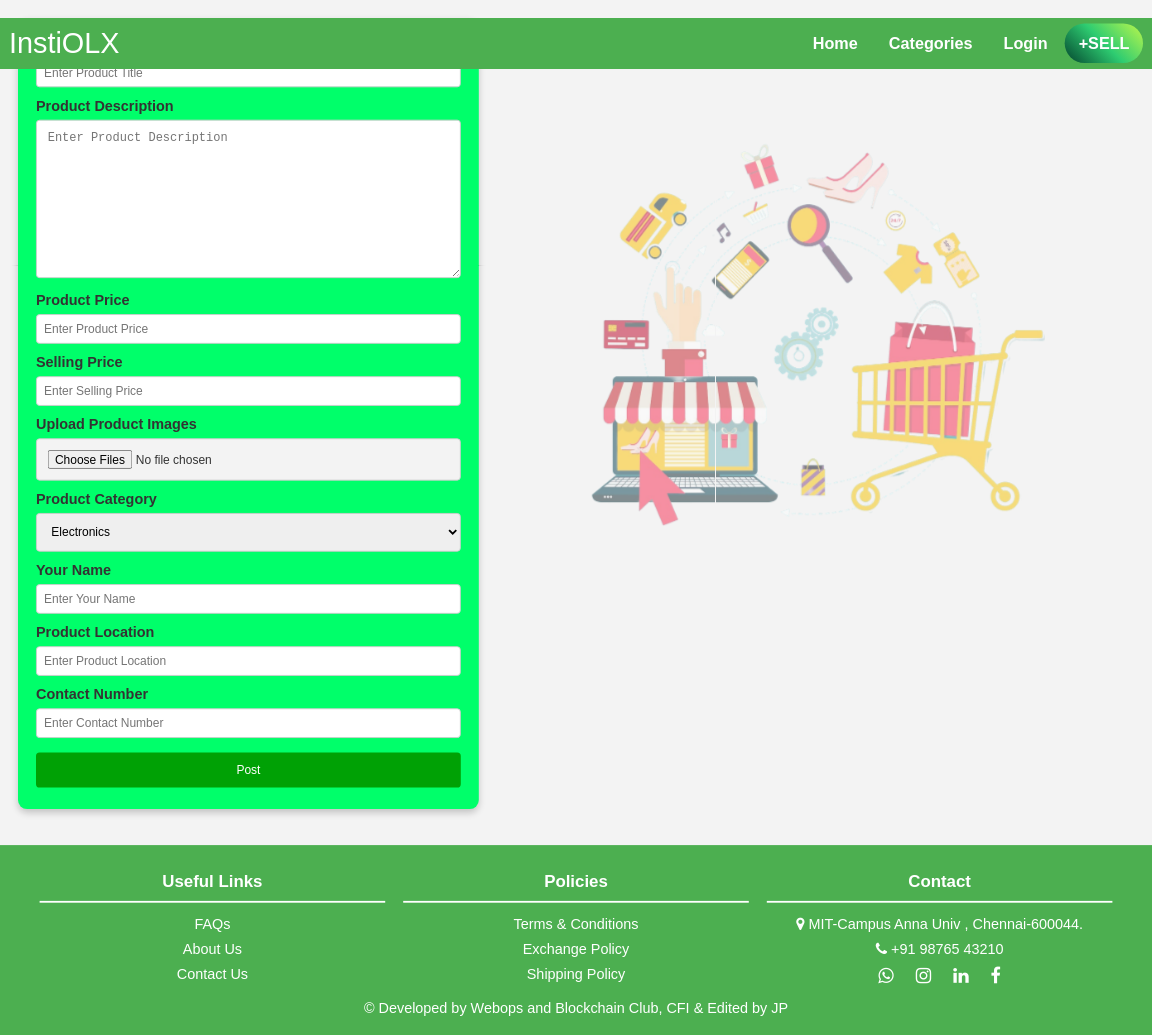
Repository: John-Prabu-A/web-dev-summer-school
Page: Session_1_Assignment/sell.html
These files come from the project's save history. The page is drawn as it stood at one moment and after the next save; the edit follows.
The browser window is 1280 px wide. The pictures show the whole page, at 90% of full size.

Above is the page before, as saved 2024-06-20 16:16:37.

### Session_1_Assignment/sell.html
<!DOCTYPE html>
<html lang="en">

<head>
    <meta charset="UTF-8">
    <meta name="viewport" content="width=device-width, initial-scale=1.0">
    <title>InstiOLX</title>
    <link rel="stylesheet" href="Styles.css">
    <link rel="stylesheet" href="https://cdnjs.cloudflare.com/ajax/libs/font-awesome/4.7.0/css/font-awesome.min.css">
    <link rel="stylesheet" href="sell-page.css">
</head>

<body>
    <header>
        <div id="logo">InstiOLX</div>
        <div class="navbar">
          <a href="/Session_1_Assignment/index.html">Home</a>
          <a href="#">Categories</a>
          <a href="#">Login</a>
          <a href="/Session_1_Assignment/sell.html" style="background:linear-gradient(45deg, #03442e, #2ECC71 , #BDF74B );text-align:center;border-radius:40px;">+SELL</a>
        </div>
    </header>

    <img src="/Session_1_Assignment/sell-page-bg.png" alt="sell-page-image">
    <form action="" class="container" method="post">
        <label for="product-title"><b>Product Title</b></label>
        <input type="text" placeholder="Enter Product Title" name="product-title" required>

        <Lable for="product-description"><b>Product Description</b></Lable>
        <textarea name="product-description" id="product-description" cols="30" rows="10"
            placeholder="Enter Product Description" required></textarea>

        <label for="product-price"><b>Product Price</b></label>
        <input type="text" placeholder="Enter Product Price" name="product-price" required>

        <label for="selling-price"><b>Selling Price</b></label>
        <input type="text" placeholder="Enter Selling Price" name="selling-price" required>

        <!-- multiple photo upload -->
        <label for="product-image"><b>Upload Product Images</b></label>
        <input type="file" name="product-image" id="product-image" multiple required>

        <label for="product-category"><b>Product Category</b></label>
        <select name="product-category" id="product-category" required>
            <option value="electronics">Electronics</option>
            <option value="furniture">Furniture</option>
            <option value="vehicles">Vehicles</option>
            <option value="clothing">Clothing</option>
            <option value="books">Books</option>
            <option value="miscellaneous">Miscellaneous</option>
            <option value="other">Other</option>
        </select>

        <label for="seller-name"><b>Your Name</b></label>
        <input type="text" placeholder="Enter Your Name" name="seller-name" required>

        <label for="product-location"><b>Product Location</b></label>
        <input type="text" placeholder="Enter Product Location" name="product-location" required>

        <label for="product-contact"><b>Contact Number</b></label>
        <input type="text" placeholder="Enter Contact Number" name="product-contact" required>

        <button type="submit">Post</button>
    </form>
    <footer class="footer">
        <div class="footer-container">
            <div class="footer-column">
                <h3>Useful Links</h3>
                <ul>
                    <li><a href="#">FAQs</a></li>
                    <li><a href="#">About Us</a></li>
                    <li><a href="#">Contact Us</a></li>
                </ul>
            </div>
            <div class="footer-column">
                <h3>Policies</h3>
                <ul>
                    <li><a href="#">Terms & Conditions</a></li>
                    <li><a href="#">Exchange Policy</a></li>
                    <li><a href="#">Shipping Policy</a></li>
                </ul>
            </div>
            <div class="footer-column">
                <h3>Contact</h3>
                <p><i class="fa fa-map-marker"></i> MIT-Campus Anna Univ , Chennai-600044.</p>
                <p><i class="fa fa-phone"></i> +91 98765 43210</p>
                <div class="social-icons">
                    <a href="#" class="fa fa-whatsapp"></a>
                    <a href="#" class="fa fa-instagram"></a>
                    <a href="#" class="fa fa-linkedin"></a>
                    <a href="#" class="fa fa-facebook"></a>
                </div>
            </div>
            © Developed by Webops and Blockchain Club, CFI & Edited by JP
        </div>
    </footer>
</body>

</html>

### Session_1_Assignment/Styles.css
* {
    box-sizing: border-box;
    margin: 0;
    padding: 0;
}

body {
    font-family: 'Gill Sans', 'Gill Sans MT', Calibri, 'Trebuchet MS', sans-serif;
    background-color: white;
    color: #333;
}

header{
    background-color: #4CAF50;
    color: white;
    padding: 10px;
    display: flex;
    justify-content: space-between;
    align-items: center;
    position: fixed;
    width: 100%;
    z-index: 100;
  }
  header #logo {
    font-size: 2em;
  }

  header .navbar a{
    color: white;
    font-weight: bold;
    font-size: 18px;
    padding: 12px 15px;
    text-decoration: none;
  }
  header .navbar a:hover{
    background-color: #45a049;
  }
.banner {
    position: relative;
    padding: 60px 0 0 0;
}

.banner img {
    width: 100%;
}

.search-bar {
    margin: 20px;
    display: flex;
    justify-content: center;
}

.search-bar input[type="text"] {
    width: 300px;
    padding: 10px;
    border: 2px solid #4CAF50;
    border-radius: 5px 0 0 5px;
    border-right: 0;
    outline: none;             /*On starting to type it creates balck border by default,so to avoid it v use this*/
}

.search-bar button {
    padding: 10px 20px;
    border: 2px solid #4CAF50;
    border-left: 0;
    background-color: #4CAF50;
    color: white;
    cursor: pointer;
    border-radius: 0 5px 5px 0;
}

.search-bar button:hover {
    background-color: #45a049;
}

.slideshow-container {
    display: flex;
    justify-content: center;
    gap: 50px;
    flex-wrap: wrap;
}

.slideshow {
    position: relative;
    width: 350px;
    height: 350px;
    overflow: hidden;
    border-radius: 20px;
    border: 2px solid #ddd;
    box-shadow: 0 0 10px rgba(0, 0, 0, 0.1);
}

.slideshow-image {
    position: absolute;
    width: 100%;
    height: 100%;
    background-size: cover;
    opacity: 0;
    animation-iteration-count: infinite;
}

.image1 { background-image: url('https://encrypted-tbn0.gstatic.com/images?q=tbn:ANd9GcQVwGVsuaL7RGKo6A_Sqq83s5_6XYFMhHsjug&s');
          animation-name: fade1;
          animation-duration: 4s; }
.image2 { background-image: url('https://5.imimg.com/data5/WS/NI/FV/SELLER-11710265/mad-maxx-bicycles-avengers-single-kids-cycle-500x500.jpg');
          animation-name: fade2;
          animation-duration: 4s; }
.image3 { background-image: url('https://5.imimg.com/data5/SELLER/Default/2022/7/YX/MH/UK/153492086/pulsar-150cc-twin-disk-500x500.png');
          animation-name: fade3;
          animation-duration: 4s; }
.image4 { background-image: url('https://cpimg.tistatic.com/07673503/b/4/Toyota-Innova-Crysta.jpg');
          animation-name: fade1;
          animation-duration: 4s; }
.image5 { background-image: url('https://tiimg.tistatic.com/fp/1/007/862/most-advanced-modern-premium-lg-7-kg-front-fully-automatic-washing-machine-255.jpg');
          animation-name: fade2;
          animation-duration: 4s; }
.image6 { background-image: url('https://5.imimg.com/data5/SELLER/Default/2022/3/MI/KE/UL/19250422/whirlpool-1-0-ton-3-star-inverter-split-ac-500x500.jpg');
          animation-name: fade3;
          animation-duration: 4s; }
.image7 { background-image: url('https://5.imimg.com/data5/SELLER/Default/2021/8/HZ/XR/AC/8962391/household-vacuum-cleaner-500x500.jpg');
          animation-name: fade1;
          animation-duration: 4s; }
.image8 { background-image: url('https://static.nbastore.in/resized/500X500/50/nba-authentic-series-indoor-outdoor-basketball-size-7-brown-65146fd7e6af2.jpg');
          animation-name: fade2;
          animation-duration: 4s; }
.image9 { background-image: url('https://m.media-amazon.com/images/I/61KOc8c4xQL._SL1200_.jpg');
          animation-name: fade3;
          animation-duration: 4s; }

@keyframes fade1 {
    0%, 33.33% { opacity: 1; }
    33.34%, 100% { opacity: 0; }
}
@keyframes fade2 {
    0%, 33.33% { opacity: 0; }
    33.34%, 66.66% { opacity: 1; }
    66.67%, 100% { opacity: 0; }
}
@keyframes fade3 {
    0%, 66.66% { opacity: 0; }
    66.67%, 100% { opacity: 1; }
}

.container {
    position: relative;
    max-width: 100%;
  }

    .image {
        opacity: 1;
        display: block;
        width: 100%;
        height: auto;
    }

  .middle {
    opacity: 0;
    position: absolute;
    top: 50%;
    left: 50%;
    transform: translate(-50%, -50%);
    text-align: center;
  }
  .text {
    color: #4CAF50;
    font-size: 16px;
    padding: 16px 32px;
    font-weight: bold;
  }
  .container:hover .image {
    opacity: 0.3;
  }

  .container:hover .middle {
    opacity: 1;
  }


.product-listings {
    display: flex;
    flex-wrap: wrap;
    justify-content: center;
    margin: 20px;
    border: 5px solid #4CAF50;
    border-radius: 15px;
    padding: 25px;
}

.product {
    background-color: white;
    border: 2px solid #e0e0e0;
    border-radius: 10px;
    margin: 30px;
    padding: 15px;
    width: 220px;
    text-align: center;
    transition: transform 0.5s, box-shadow 0.3s;
}

.product:hover {
    box-shadow: 0 4px 8px rgba(0, 0, 0, 0.2);
    transform: scale(1.05);
}

.product img {
    max-width: 100%;
    border-bottom: 1px solid #e0e0e0;
    margin-bottom: 10px;
}

.product-info h2 {
    font-size: 1.2em;
    margin-bottom: 10px;
    color: #4CAF50;
}

.product-info p {
    font-size: 1em;
    color: #777;
}

.footer {
    background-color: #4CAF50;
    color: white;
    text-align: center;
    padding: 20px 0;
    margin-top: 40px;
}

.footer-container {
    display: flex;
    flex-wrap: wrap;
    justify-content: center;
}

.footer-column {
    width: 30%;
    margin: 10px;
}

.footer-column h3 {
    border-bottom: 2px solid #fff;
    padding-bottom: 10px;
    margin-bottom: 15px;
}

.footer-column ul {
    list-style-type: none;
}

.footer-column ul li {
    margin: 10px ;
}

.footer-column ul li a {
    color: white;
    text-decoration: none;
}

.footer-column p {
    margin-top: 10px;
}

.footer-column .social-icons {
    margin-top: 10px;
}

.footer-column .social-icons a {
    color: white;
    text-decoration: none;
    margin: 0 10px;
    font-size: 20px;
}

### Session_1_Assignment/sell-page.css
body {
    font-family: Arial, Helvetica, sans-serif;
    background-color: #f3f3f3;
}

img {
    display: block;
    position: fixed;
    right: 0;
    top: 15%;
    padding: 16px;
    width: 60%;
    height: auto;
    z-index: -1;
    box-sizing: border-box;
    opacity: 0.5;
    transition: opacity 0.2s ease-out;
}

.sticky-container {
    position: -webkit-sticky; /* For Safari */
    position: sticky;
    top: 0;
    height: 100px; /* Height within which the opacity transition should occur */
}

.container {
    display: block;
    padding: 16px;
    margin: 20px;
    background-color: #00ff6a;
    padding: 20px;
    width: 40%;
    border-radius: 10px;
    box-shadow: 0 4px 8px 0 rgba(0, 0, 0, 0.2);
}

input[type=text],
select,
textarea {
    width: 100%;
    padding: 8px;
    border: 1px solid #ccc;
    border-radius: 4px;
    box-sizing: border-box;
    margin-top: 6px;
    margin-bottom: 12px;
    resize: vertical;
}

button {
    background-color: #00a105;
    color: white;
    padding: 12px 20px;
    margin: 4px 0;
    border: none;
    border-radius: 4px;
    cursor: pointer;
    width: 100%;
}

button:hover {
    background-color: #007506;
}

.container label {
    font-weight: bold;
}

.container select {
    width: 100%;
    padding: 12px;
    border: 1px solid #ccc;
    border-radius: 4px;
    box-sizing: border-box;
    margin-top: 6px;
    margin-bottom: 12px;
    resize: vertical;
}

.container textarea {
    width: 100%;
    padding: 12px;
    border: 1px solid #ccc;
    border-radius: 4px;
    box-sizing: border-box;
    margin-top: 6px;
    margin-bottom: 12px;
    resize: vertical;
}

.container input[type=file] {
    width: 100%;
    padding: 12px;
    border: 1px solid #ccc;
    background-color: #f3f3f3;
    border-radius: 4px;
    box-sizing: border-box;
    margin-top: 6px;
    margin-bottom: 12px;
    resize: vertical;
}

@media (max-width: 768px) {
    .product-listings {
        margin: 10px;
    }

    .product {
        margin: 10px;
    }

    img {
        width: 100%;
        display: block;
        position: relative;
    }

    .container {
        width: 80dvw;
        margin: 10px auto;
    }

    .footer-column {
        width: 100%;
    }
}

After the next save:
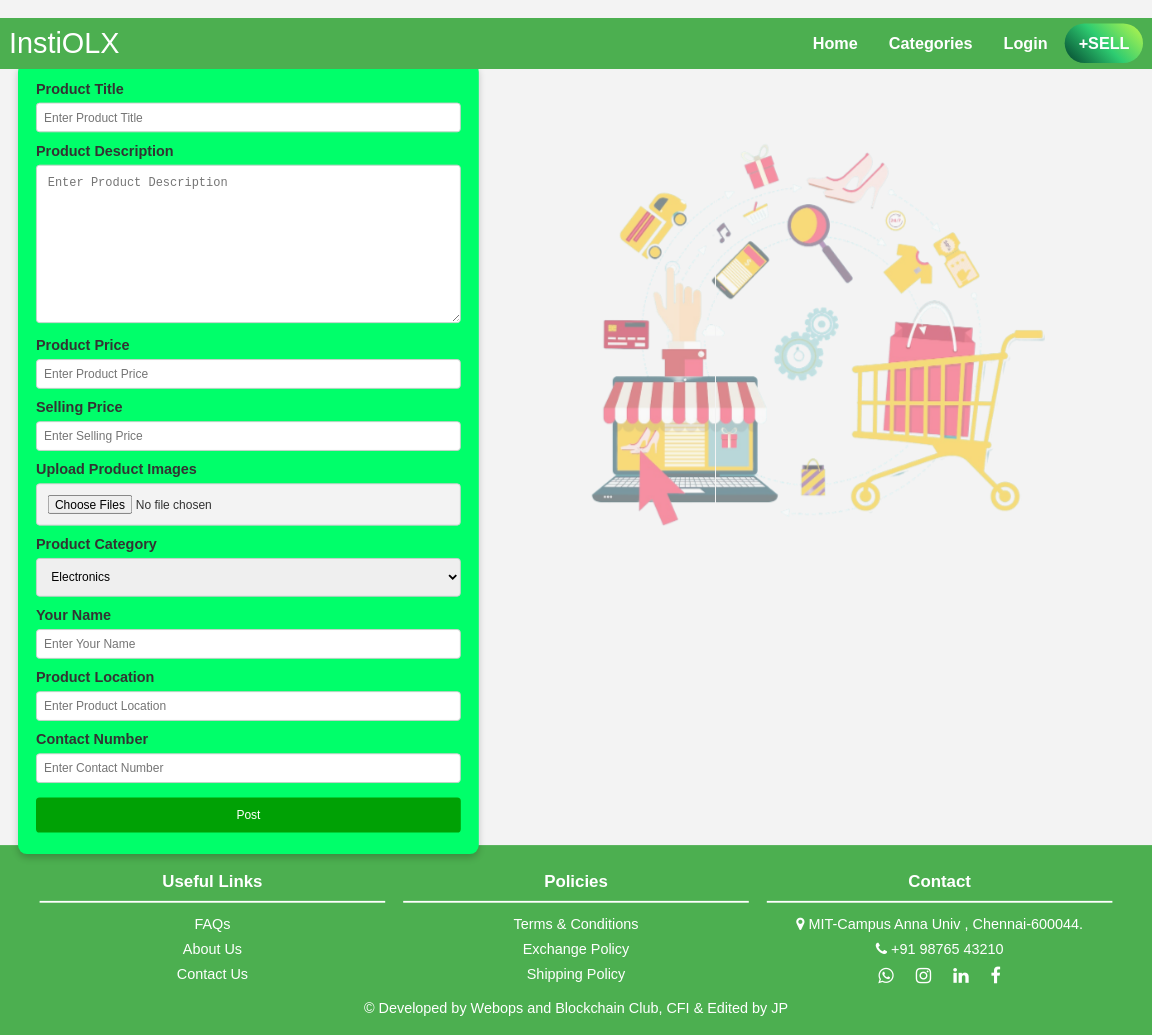
Saved 3 min 6 s later.
--- a/Session_1_Assignment/sell-page.css
+++ b/Session_1_Assignment/sell-page.css
@@ -26,6 +26,8 @@ img {
 
 .container {
     display: block;
+    position: relative;
+    top: 50px;
     padding: 16px;
     margin: 20px;
     background-color: #00ff6a;
